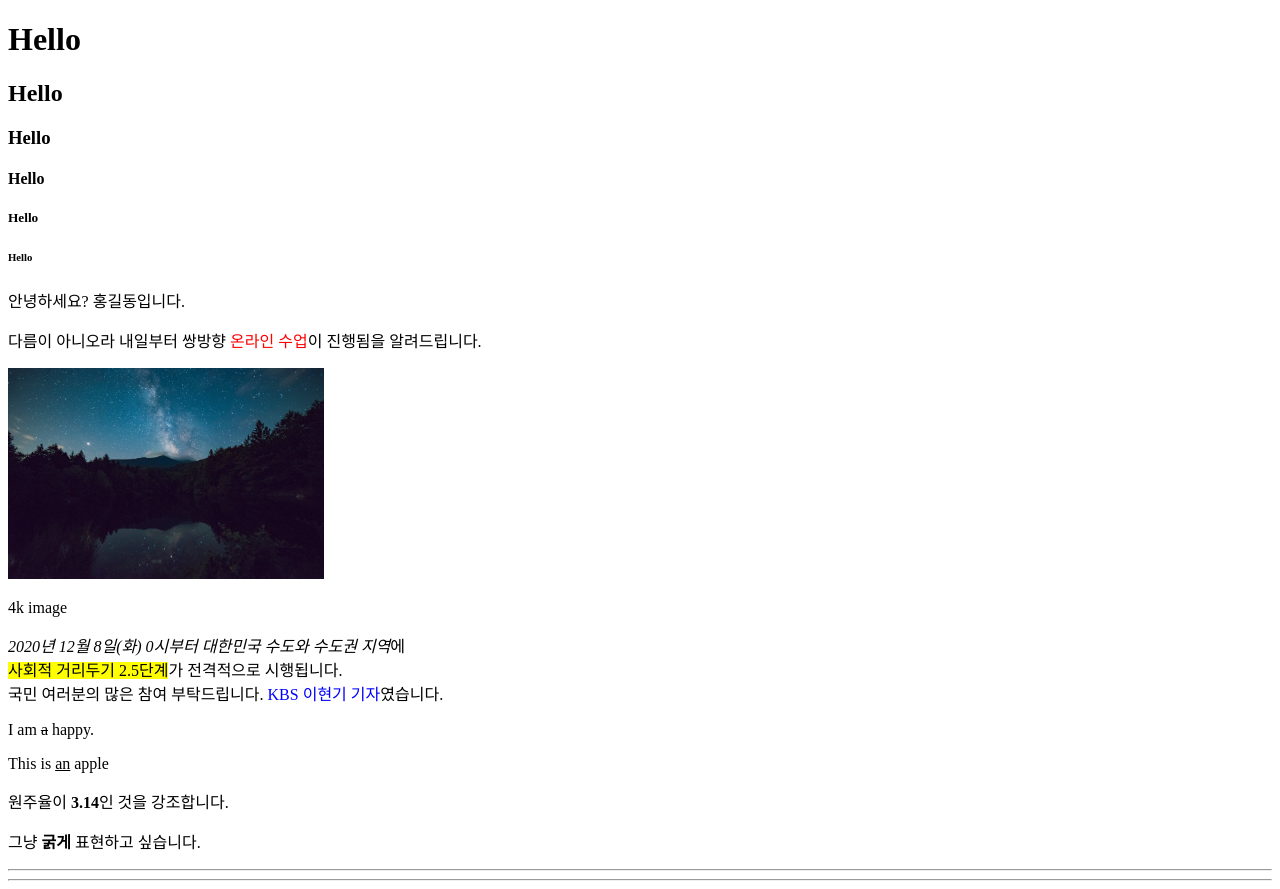
Repository: woneeseo/javastudy
Page: htmlStudy/workspace_html/HelloWorld/WebContent/f.html
These files come from the project's save history. The page is drawn as it stood at one moment and after the next save; the edit follows.
The browser window is 1280 px wide. The pictures show the whole page.

Above is the page before, as saved 2020-12-07 05:20:43.

After the next save:
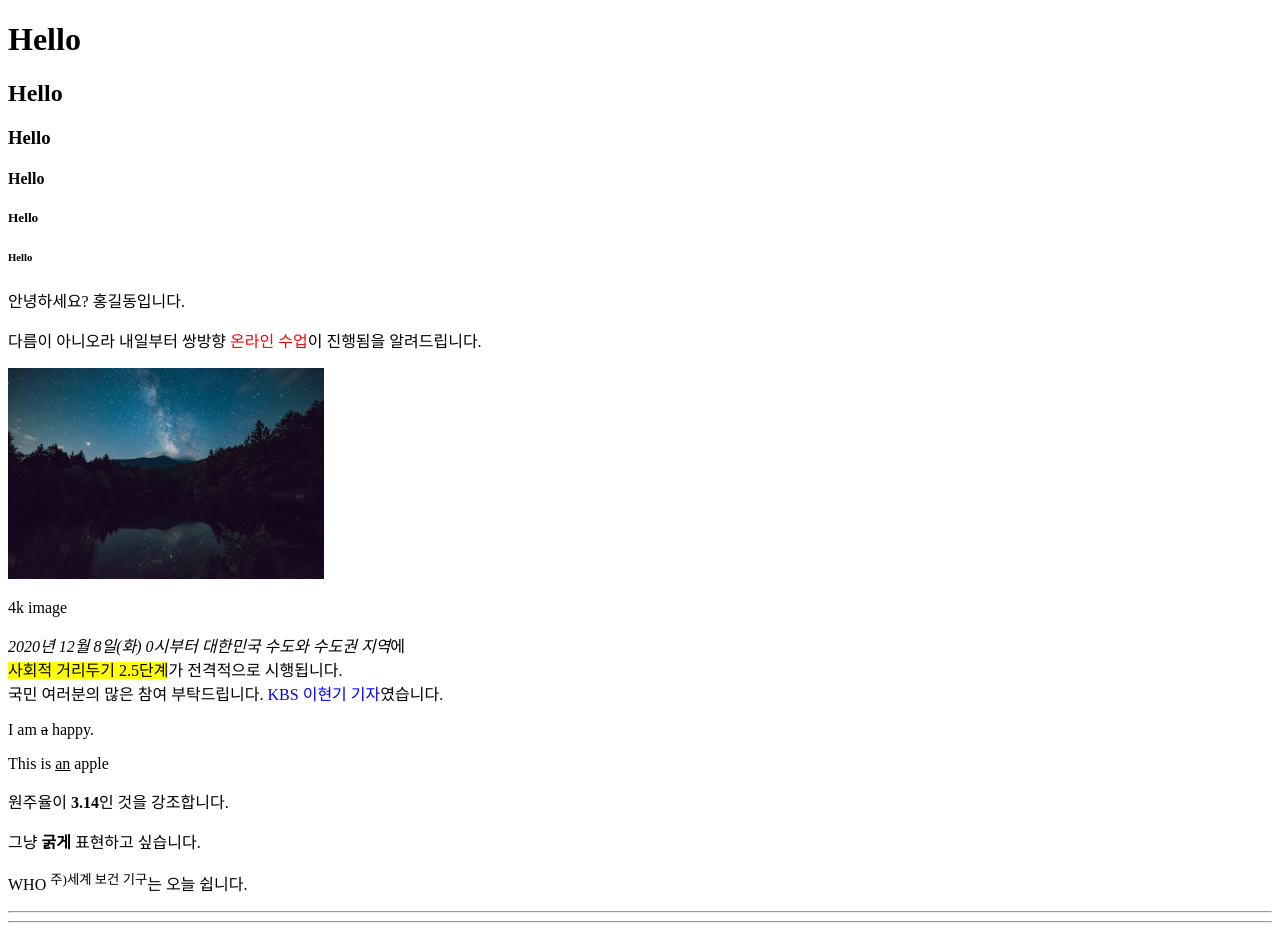
Saved 12 min 9 s later.
--- a/htmlStudy/workspace_html/HelloWorld/WebContent/f.html
+++ b/htmlStudy/workspace_html/HelloWorld/WebContent/f.html
@@ -68,6 +68,8 @@
 <!-- 두가지의 실행결과는 같음. but 의미가 다르다. -->
 <!-- strong 태그를 사용해주는 것이 좋음 -->
 
+<p>WHO <sup>주)세계 보건 기구</sup>는 오늘 쉽니다.</p>
+
 
 
 <hr>
